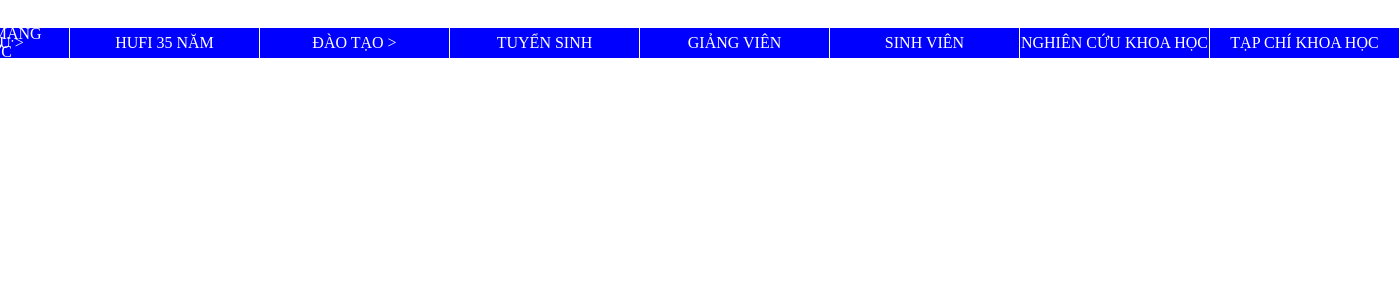
Repository: Tan-Khang21/TH_TKW--Buoi_08
Page: Bai_Tap_Tren_Lop/Bai_03/Bai_03.html
An editor plug-in stored every save of this project. The page is shown before and after the next save, followed by the edit.
The browser window is 1280 px wide. The page is 1400 px wide, so the pictures cover 1400 px, including what lies to the right of the window. The pictures show the whole page.

Above is the page before, as saved 2024-03-13 20:37:07.

### Bai_Tap_Tren_Lop/Bai_03/Bai_03.html
<!DOCTYPE html>
<html lang="en">
  <head>
    <meta charset="UTF-8" />
    <meta name="viewport" content="width=device-width, initial-scale=1.0" />
    <title>Document</title>
  </head>
  <link rel="stylesheet" href="style.css" />
  <body>
    <nav>
      <ul class="list1">
        <li class="list1_item">
          <a href="#">GIỚI THIỆU ></a>
          <ul style="position: absolute" class="list2">
            <li class="list2_item"><a href="#">Lịch Sử Phát Triển</a></li>
            <li class="list2_item"><a href="#">Tầm Nhìn - Sứ Mạng</a></li>
            <li class="list2_item"><a href="#">Bô Máy Tổ Chức</a></li>
            <li class="list2_item"><a href="#">Ba Công Khai</a></li>
          </ul>
          <!-- <ul style="display: flex; flex-direction: column" class="list2">
            <li class="list2_item"><a href="#">Sinh viên Hufi</a></li>
            <li style="display: flex" class="list2_item">
              <a href="#"> Sinh viên CNTT</a>
              <ul style="display: flex; flex-direction: column" class="list3">
                <li class="list3_item"><a href="#">Khóa 09DHTH</a></li>
                <li class="list3_item"><a href="#">Khóa 10DHTH</a></li>
              </ul>
            </li>
          </ul> -->
        </li>
        <li style="display: flex" class="list1_item">
          <a href="#">HUFI 35 NĂM </a>
        </li>
        <li style="display: flex" class="list1_item">
          <a href="#"> ĐÀO TẠO ></a>
        </li>
        <li class="list1_item">
          <a href="#"> TUYỂN SINH</a>
        </li>

        <li class="list1_item">
          <a href="#">GIẢNG VIÊN</a>
        </li>
        <li class="list1_item">
          <a href="#">SINH VIÊN </a>
        </li>
        <li class="list1_item">
          <a href="#">NGHIÊN CỨU KHOA HỌC</a>
        </li>
        <li class="list1_item">
          <a href="#">TẠP CHÍ KHOA HỌC</a>
        </li>
      </ul>
    </nav>
  </body>
</html>

### Bai_Tap_Tren_Lop/Bai_03/style.css
* {
  box-sizing: border-box;
}
nav {
  display: flex;
  justify-content: center;
}
ul {
  list-style: none;
  padding: 0;
}
.list1 {
  display: flex;
  background-color: #00f;
  margin: 20px auto;
  justify-content: space-between;
}
.list1_item {
  border-right: 1px solid white;
  width: 190px;
  height: 30px;
  display: flex;
  align-items: center;
  justify-content: center;
  transition: 0.2s linear;
}
.list1_item:hover {
  background-color: #0cf;
}
.list2_item {
  width: 200px;
}
a {
  text-decoration: none;
  color: white;
  text-transform: uppercase;
}

After the next save:
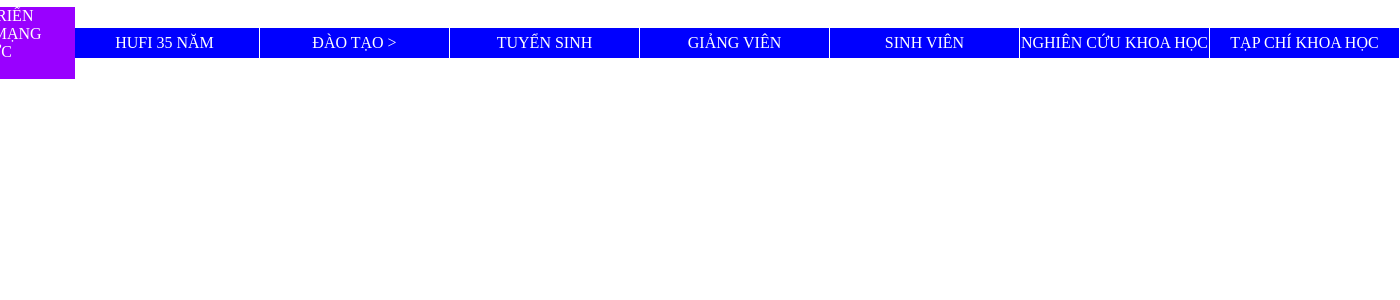
Saved 57 s later.
--- a/Bai_Tap_Tren_Lop/Bai_03/style.css
+++ b/Bai_Tap_Tren_Lop/Bai_03/style.css
@@ -29,6 +29,8 @@ ul {
 }
 .list2_item {
   width: 200px;
+  background-color: #90f;
+  text-transform: capitalize;
 }
 a {
   text-decoration: none;
